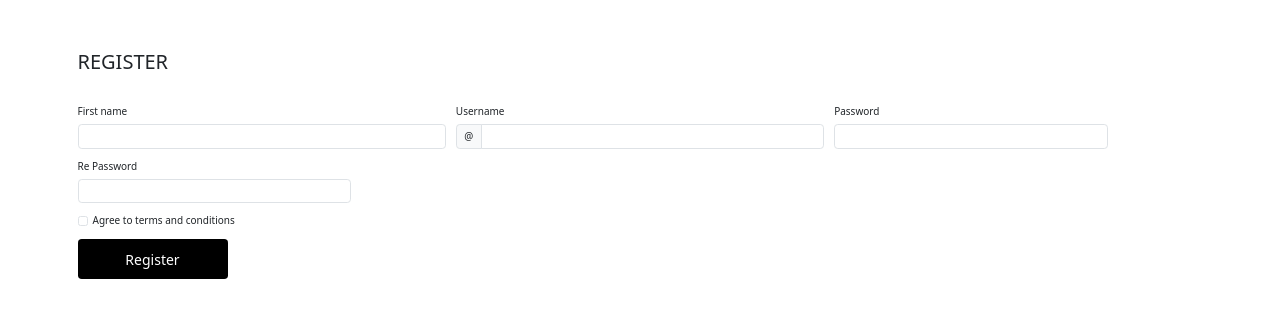
Repository: AnnPTit/ASM_Java04
Page: http://localhost/Asm/views/Register.jsp
The author's editor kept a copy of each file at every save. The page is drawn from the files as they stood at one save, then again after the next save.
The browser window is 1280 px wide. The pictures show the whole page.
Some web libraries are served in a nearby version. The page is served by Tomcat 9.

Above is the page before, as saved 2023-03-19 02:55:21.

After the next save:
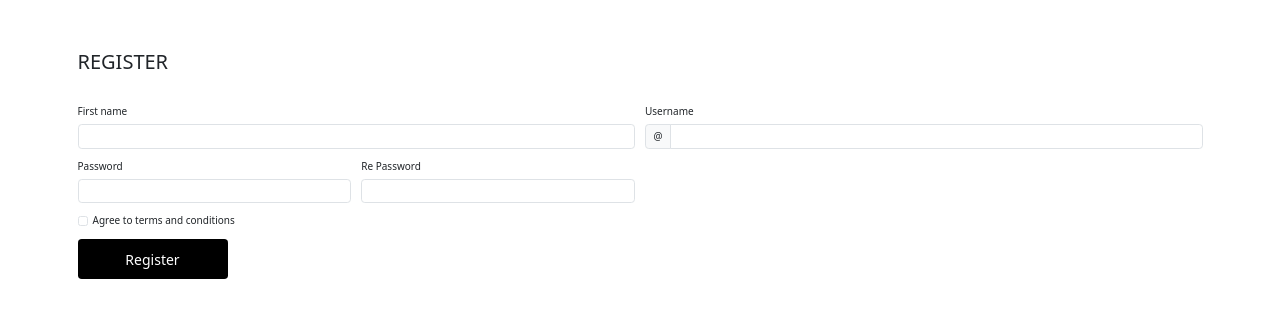
Saved 23 s later.
--- a/Asm/src/main/webapp/views/Register.jsp
+++ b/Asm/src/main/webapp/views/Register.jsp
@@ -21,7 +21,7 @@
 		<h3 class="login__title">Register</h3>
 
 		<form class="row g-3">
-			<div class="col-md-4">
+			<div class="col-md-6">
 				<label for="validationServer01" class="form-label">First
 					name</label>
 				<!-- Them class isValid để check đúng  -->
@@ -30,7 +30,7 @@
 				<div class="valid-feedback">Looks good!</div>
 			</div>
 
-			<div class="col-md-4">
+			<div class="col-md-6">
 				<label for="validationServerUsername" class="form-label">Username</label>
 				<div class="input-group has-validation">
 					<span class="input-group-text" id="inputGroupPrepend3">@</span>
